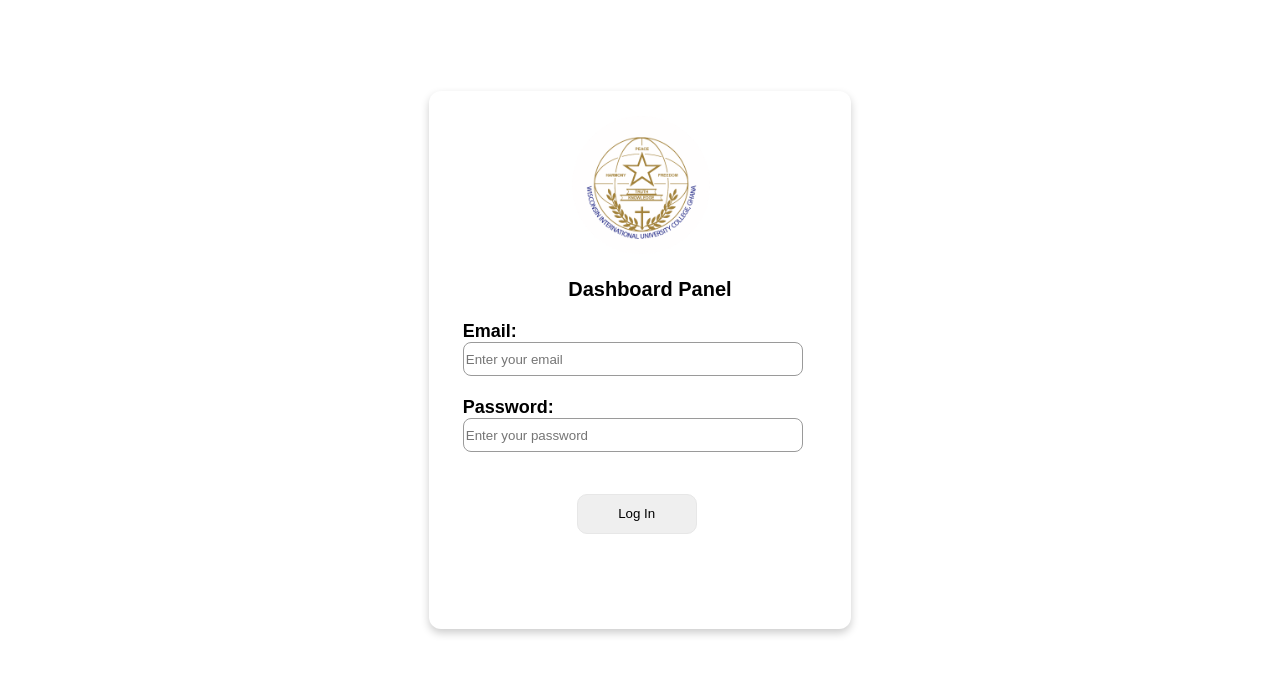
Repository: exe-walt/Voting-System-Project
Page: http://localhost/dash-login.php
These files come from the project's save history. The page is drawn as it stood at one moment and after the next save; the edit follows.
The browser window is 1280 px wide. The pictures show the whole page.
The page is run by PHP 8.4 with error messages shown; the project is at /var/www/html/.

Above is the page before, as saved 2025-04-17 08:59:55.

After the next save:
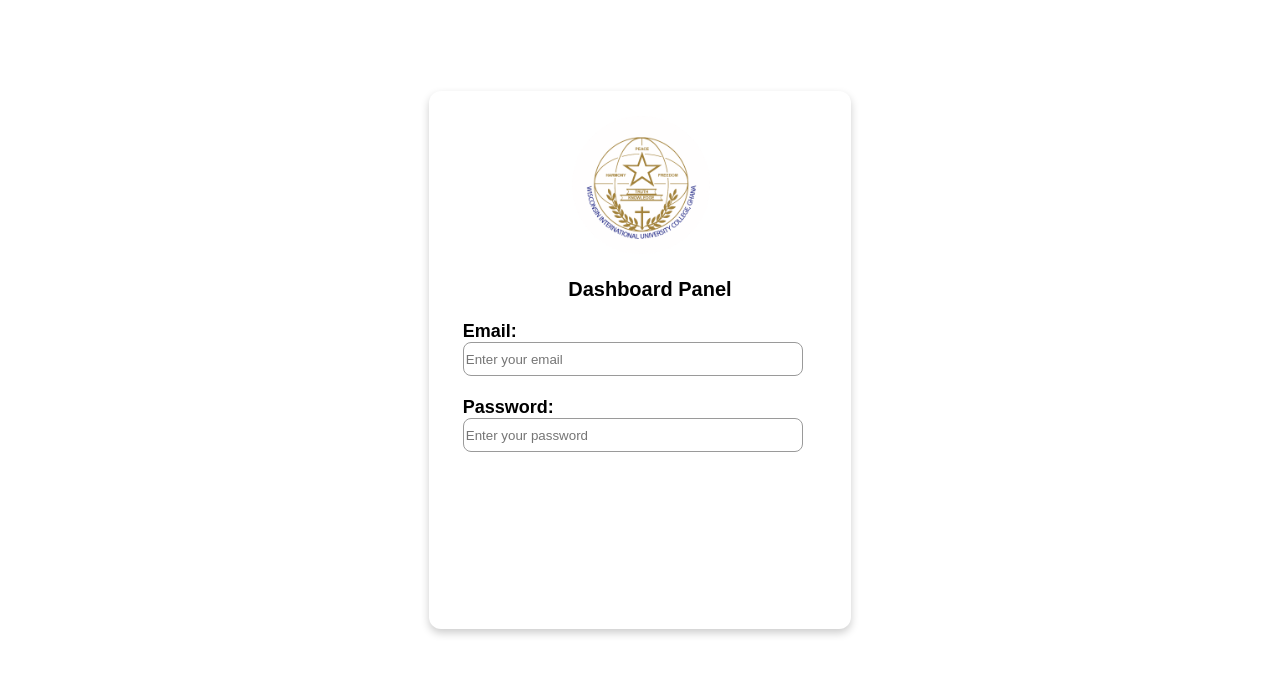
Saved 6 s later.
--- a/dash-login.php
+++ b/dash-login.php
@@ -25,8 +25,7 @@
       <input type="password" id="password" name="password" placeholder="Enter your password" required>
     </div>
 
-    <a></a><button>Log In</button>
-
+    <a></a>
   </form>
   </div>
 

After the 6 saves that followed:
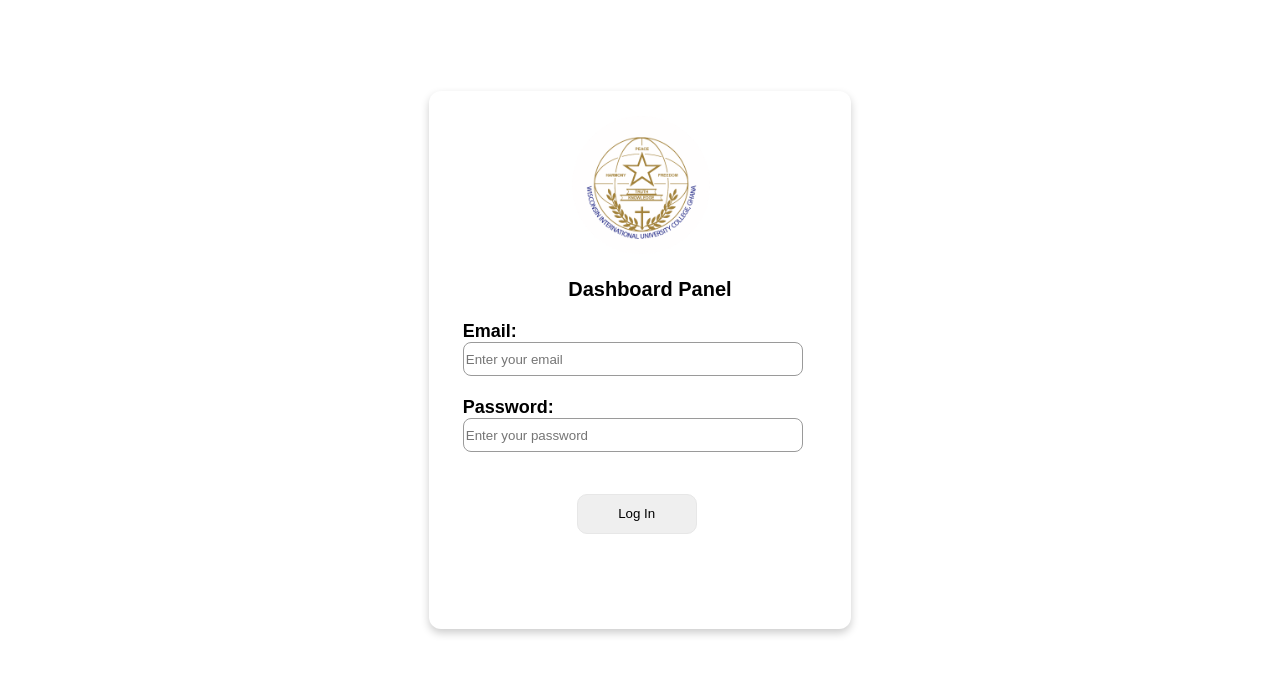
The 6 saves are shown as one change because they came seconds apart.
The last was saved 15 s later.
--- a/dash-login.php
+++ b/dash-login.php
@@ -25,7 +25,7 @@
       <input type="password" id="password" name="password" placeholder="Enter your password" required>
     </div>
 
-    <a></a>
+    <a> <button>Log In</button> </a>
   </form>
   </div>
 
